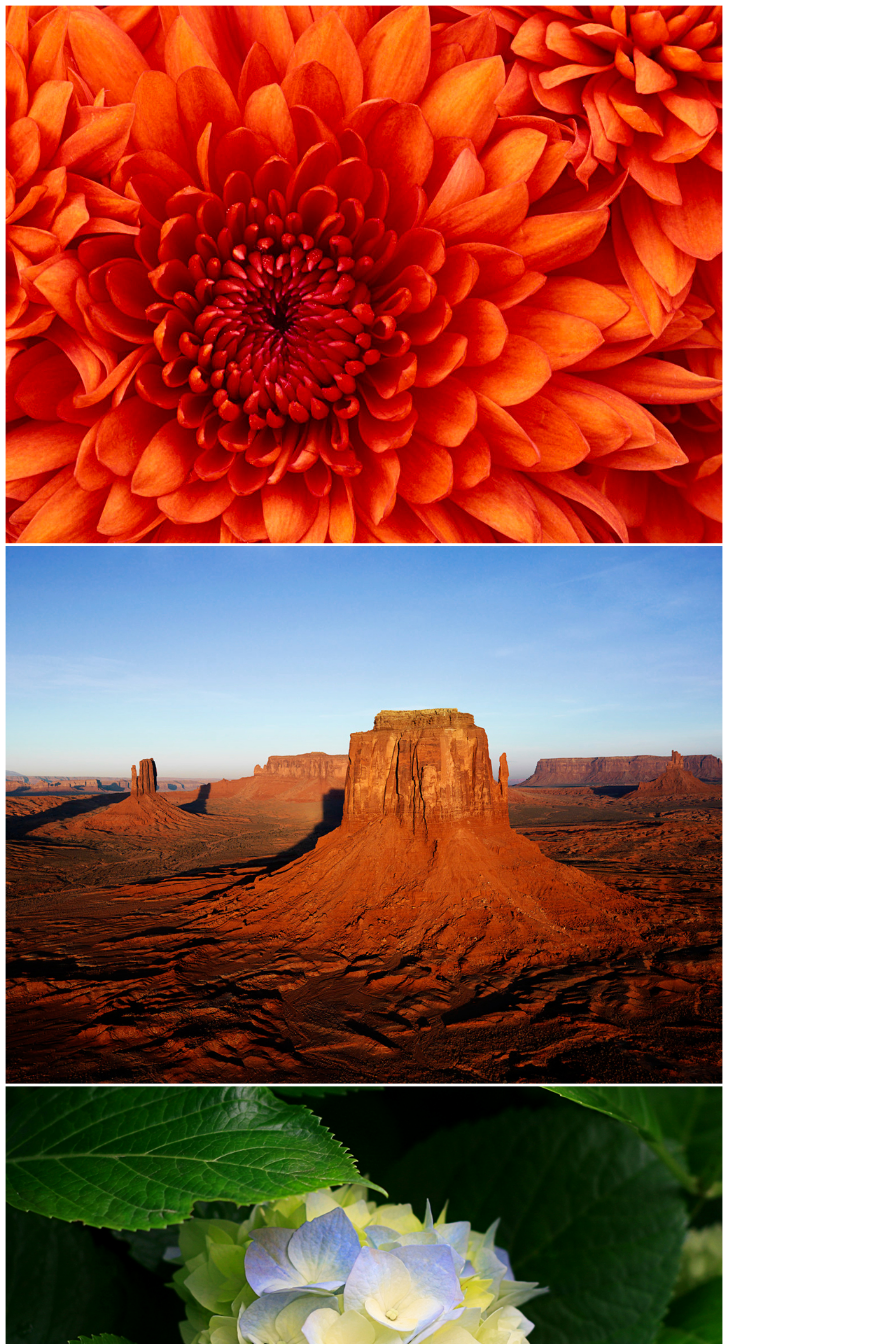
Repository: chlguswns1/web-practice
Page: jQuery/src/main/webapp/03_DOM_Operation.html
These files come from the project's save history. The page is drawn as it stood at one moment and after the next save; the edit follows.
The browser window is 1280 px wide. The pictures show the part of the page from y = 0 to 1920 px (the page is 4756 px tall before and 720 px after), at 70% of full size.

Above is the page before, as saved 2023-03-10 01:15:45.

### jQuery/src/main/webapp/03_DOM_Operation.html
<!DOCTYPE html>
<html>
<head>
  <meta charset="UTF-8">
  <title>문서 객체 조작</title>

  <style type="text/css">
     .first {color:red;}
     .second {color:pink;}
     .third {color:orange;}
  </style>

  <script src="./js/jquery-3.6.3.js"></script>
  <script type="text/javascript">
/* 1. 문서 객체의 클래스 속성 추가
// - addClass() : 문서 객체의 클래스 속성을 추가.
    // 예제1. 매개변수에 문자열 입력.
	$(function(){
		$('h1').addClass('item');//클래스라는 속성에 아이템이 보여짐
		//입력으로 문자열 데이터를 전달하면 내부에서는 아이템이라는 이름을 추가해주는 매서드구나
	});

    // 예제2. 매개변수에 함수 입력.
	$(function(){
		$('h1').addClass(function(index) {
			return 'item_' + index;
		});
	});
	*/

/* 2. 문서 객체의 클래스 속성 제거 */
// - removeClass(): 문서 객체의 클래스 속성을 제거.
// - 여러 개의 클래스 속성 중 선택적으로 제거.



/* 3. 문서 객체의 속성 검사
// -attr(): .속성과 관련된 모든 기능 수행.
//             .첫번째 문서 객체의 속성 출력.
	$(function() {
		var src = $('img').attr('src');

		alert(src);
	})
 */

/* 4. 문서 객체의 속성 추가 */
// - attr() 메서드 사용.
// - 3가지 형태로 사용.
	//$(function(){
//1) $(selector).attr(name,value);
		//$('img').attr('width','200');

//2) $(selector).attr(name,function(index){});
 	/* 	$('img').attr('width',function(index){
 		return(index + 1) * 100;
 		}); */

//3) $(selector).attr(object);
	/* $('img').attr({
		width:function(index){
			return(index + 1) * 100;
		},
		height:100
	})
 		*/
	//s});
/* 5. 문서 객체의 속성 제거 */
// - removeAttr(name):문서 객체의 속성을 제거해 주는 메서드.




/* 6. 문서 객체의 스타일 검사
// - css(): 스타일과 관련된 모든 기능을 수행.

	$(function() {
		var color = $('h1').css('color')
		alert(color);
	})

 */

/* 7. 문서 객체의 스타일 추가 */
//- 사용형태 3가지
//$(function() {
// 1) $(selector).css(name, value);
		//$('h1').css('color','blue');

// 2) $(selector).css(name, function(index) { });
//   . 선택자로 선택한 문서 객체에 개별적으로 스타일 속성을 적용하고 싶을 때 사용하는 방법.
	/* var color = ['red','green','blue'];

	$('h1').css('color',function(index){
		return color[index];
	});

// 3) $(selector).css(object);
	var color = ['red','green','blue'];

	$('h1').css({
		color:function(index){return color[index]; },
		background:'black'
	});
});
*/
/* 8. 문서 객체의 내부 검사


 $(function() {
//- 기존 자바스크립트에서 문서 객체의 innerHTML 속성과 관련된 jQuery 메서드.
//- 1) html(): 문서 객체 내부의 글자와 관련된 모든 기능을 수행.
	var html = $('h1').html();
	alert(html);

//- 2) text():
//   . 문서 객체 내부의 글자와 관련된 모든 기능을 수행.
//   . 선택자로 선택한 모든 문서 객체의 글자를 가져와 출력.
//텍스트 노드에 작성되어져있는 데이터를 읽어와줌
	var text = $('h1').text();
	alert(text);
 });
 */
/* 9. 문서 객체의 내부 추가
// 1) $(selector).html(value);
//       -> HTML 태그를 인식해 문자열 삽입.

	$(function(){
		$('div').html('<h1>$().html()</h1>');


//    $(selector).text(value);
//       -> HTML 태그를 인식하지 않음.
		$('div').text('<h1>$().html()</h1>');

	});
	*/
//  2) $(selector).html(function(index, html){});
//      $(selector).text(function(index, html){});

	/* $(function(){
		$('div').html(function(index, html){
			return '<h1>Header - '+index+'</h1>';
		});

	}); */
/*
	$(function(){
		$('div').text(function(index, html){
			return '<h1>Header - '+index+'</h1>';
		});

	});
*/

/* 10. 문서 객체의 내부 제거
// 1) remove(): 특정 문서 객체를 제거.
// 2) empty() : 특정 문서 객체의 후손을 모두 제거.

	$(function() {
		$('h1').first().remove();//소스코드에서도 삭제
	})

		$(function() {
		$('h1').first().empty();//소스코드에서도 삭제
	})
*/

/* 11. 문서 객체의 생성(1)
//- 텍스트 노드를 갖는 문서 객체를 생성하는 방법.
//- $(): 문서 객체 생성.
//- $() 함수의 매개 변수에 HTML 태그를 문자열로 넣기만 하면 문서 객체가 생성됨.

//- 생성한 문서 객체를 body 태그에 추가하는 방법1.
	//$(document).ready(function(){});
	$(function() {
		$('<h1></h1>').html('Hello jQuery').appendTo('body');//바디태그 뒤에다 붙여주겠다ㄴ
	})

//- $() 메서드의 내부에 HTML 태그를 바로 넣어 body 태그에 추가하는 방법2
	$(function() {
		$('<h1>Hello jQuery</h1>').appendTo('body');
	})
	 */

/* 12. 문서 객체의 생성(2) */
//- 텍스트 노드를 갖지 않는 문서 객체를 생성하는 방법.

/* 	$(function() {
		$('<img/>').attr('src','img/Koala.jpg').appendTo('body');
	})

	$(function() {
		$('<img/>').attr({
			src:'img/Koala.jpg',
			width:'350',
			hight:'250'
		}).appendTo('body');
	})
*/


/* 13. 문서 객체의 삽입(1) */
//- $(A).appendTo(B)  : A를 B의 뒷 부분(자식 요소)에 추가한다.
//- $(A).prependTo(B)  : A를 B의 앞 부분(자식 요소)에 추가한다.
//- $(A).insertAfter(B)  : A를 B의 뒤(형제요소)에 추가한다.
//- $(A).insertBefore(B)  : A를 B의 앞(형제요소)에 추가한다.


/* 14. 문서 객체의 삽입(2)
//- $(A).append(B) : B를 A의 뒷 부분(자식 요소)에 추가한다.
//- $(A).prepend(B) : B를 A의 앞 부분에 추가한다.
//- $(A).after(B)    : B를 A의 뒤에 추가한다.
//- $(A).before(B)   : B를 A의 앞에 추가한다.

//- 모든 메서드 사용 방법 동일
//- 1. $(selector).append(content, content, ....... , content)

	$(function() {
		var h1 = '<h1>Header 1</h1>';
		var h2 = '<h1>Header 2</h2>';

		$('body').append(h1,h2,h1,h2);
	})

//- 2. $(selector).append(function(index,value){});
	//$(document).ready(function () {})
	$(function() {
		var content = ['홍길동','김길동','박길동'];

		$.each(content,function(index,value){
		$('#name_region').append($('<li>'+value+'</li>'));
	})
});

//- 3.
	$(function() {
		//$('header').after($('<div>이길동</div>')); //헤더 바로뒤에 형제관계로 사용가능
		$('<div>이길동</div>').insertAfter($('header'));//위와 동일하게 동작되어진다
	})

*/
/* 15. 문서 객체의 이동 */
//- 기존에 존재하는 문서 객체를 선택하고 문서 객체 삽입 메서드를 사용하면, 문서 객체를 쉽게 다른 곳으로 이동시킬 수 있다.



/* 16. 문서 객체의 복제 */
//- 기존 문서 객체를 선택하고 문서 객체 삽입 메서드를 사용하면, 문서 객체가 이동.


//=========
//- clone() : 문서 객체 복제.
//- $(selector).clone()
//  $(selector).clone(Boolean dataAndEvents)
//  $(selector).clone(Boolean dataAndEvents, Boolean deepDataAndEvents)




</script>
</head>

<body>

<!-- 1. 문서 객체의 클래스 속성 추가
    <h1>Header-0</h1>
    <h1>Header-1</h1>
    <h1>Header-2</h1>
 -->

<!-- 2. 문서 객체의 클래스 속성 제거
    <h1 class="item">Header-0</h1>
    <h1 class="item select">Header-1</h1>
    <h1 class="item">Header-2</h1>
-->

<!-- 3/4. 문서 객체의 속성 검사/추가
    <img src="img/Koala.jpg" />
    <img src="img/Penguins.jpg" />
    <img src="img/Tulips.jpg" />
 -->

<!-- 5. 문서 객체의 속성 제거
    <h1 data-index="0">Header-0</h1>
    <h1 data-index="1">Header-1</h1>
    <h1 data-index="2">Header-2</h1>
 -->

<!-- 6. 문서 객체의 스타일 검사
    <h1 class="first">Header-0</h1>
    <h1 class="second">Header-1</h1>
    <h1 class="third">Header-2</h1>
-->

<!-- 7/8. 문서 객체의 스타일 추가
    <h1>Header-0</h1>
    <h1>Header-1</h1>
    <h1>Header-2</h1>
-->

<!-- 9-1. 문서 객체의 내부 추가
    <div></div>
    <div></div>
    <div></div>
 -->

<!-- 9-2. 문서 객체의 내부 추가
    <h1>Header-0</h1>
    <h1>Header-1</h1>
    <h1>Header-2</h1>
 -->

<!-- 10. 문서 객체의 내부 제거
    <div>
        <h1>Header-0</h1>
        <h1>Header-1</h1>
    </div>
v-->

<!-- 14. 문서 객체의 삽입(2)
    <div>
       <b>데이터</b>
       <ul id="name_region"></ul>
    </div>
-->

<!-- 14. 문서 객체의 삽입(3)
    <header>
    	<h1>데이터</h1>
    </header>
-->

<!-- 15. 문서 객체의 이동 -->
    <img src="img/Chrysanthemum.jpg" />
    <img src="img/Desert.jpg" />
    <img src="img/Hydrangeas.jpg" />
    <img src="img/Koala.jpg" />
    <img src="img/Penguins.jpg" />
    <img src="img/Tulips.jpg" />


<!-- 16. 문서 객체의 복제
    <h1>HEADER</h1>
    <hr />
    <div></div>
    <hr />
 -->
 	<hr>
 	<h1>jQuery</h1>
	&lt;h1&gt;jQuery&lt;/h1&gt;
</body>
</html>

Loaded but not shown: jQuery/src/main/webapp/js/jquery-3.6.3.js (library)

After the next save:
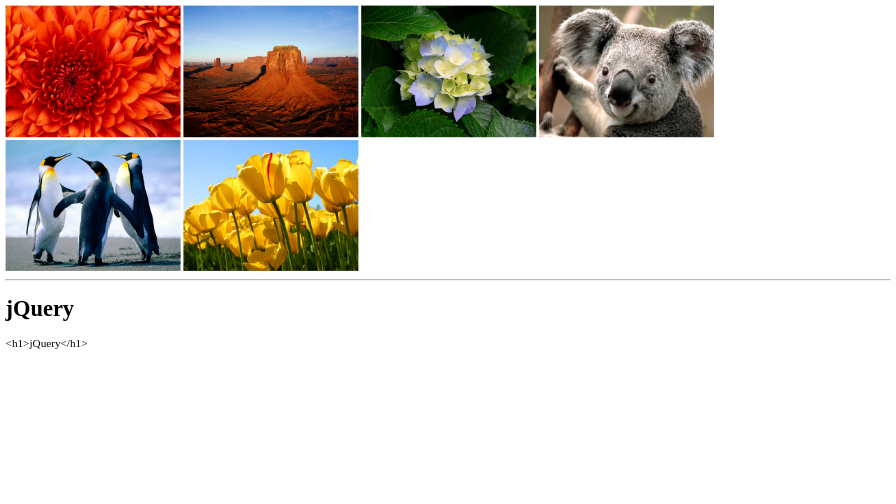
Saved 62 s later.
--- a/jQuery/src/main/webapp/03_DOM_Operation.html
+++ b/jQuery/src/main/webapp/03_DOM_Operation.html
@@ -243,7 +243,9 @@
 /* 15. 문서 객체의 이동 */
 //- 기존에 존재하는 문서 객체를 선택하고 문서 객체 삽입 메서드를 사용하면, 문서 객체를 쉽게 다른 곳으로 이동시킬 수 있다.
 
-
+	$(function() {
+		$('img').css('width','250');
+	})
 
 /* 16. 문서 객체의 복제 */
 //- 기존 문서 객체를 선택하고 문서 객체 삽입 메서드를 사용하면, 문서 객체가 이동.
